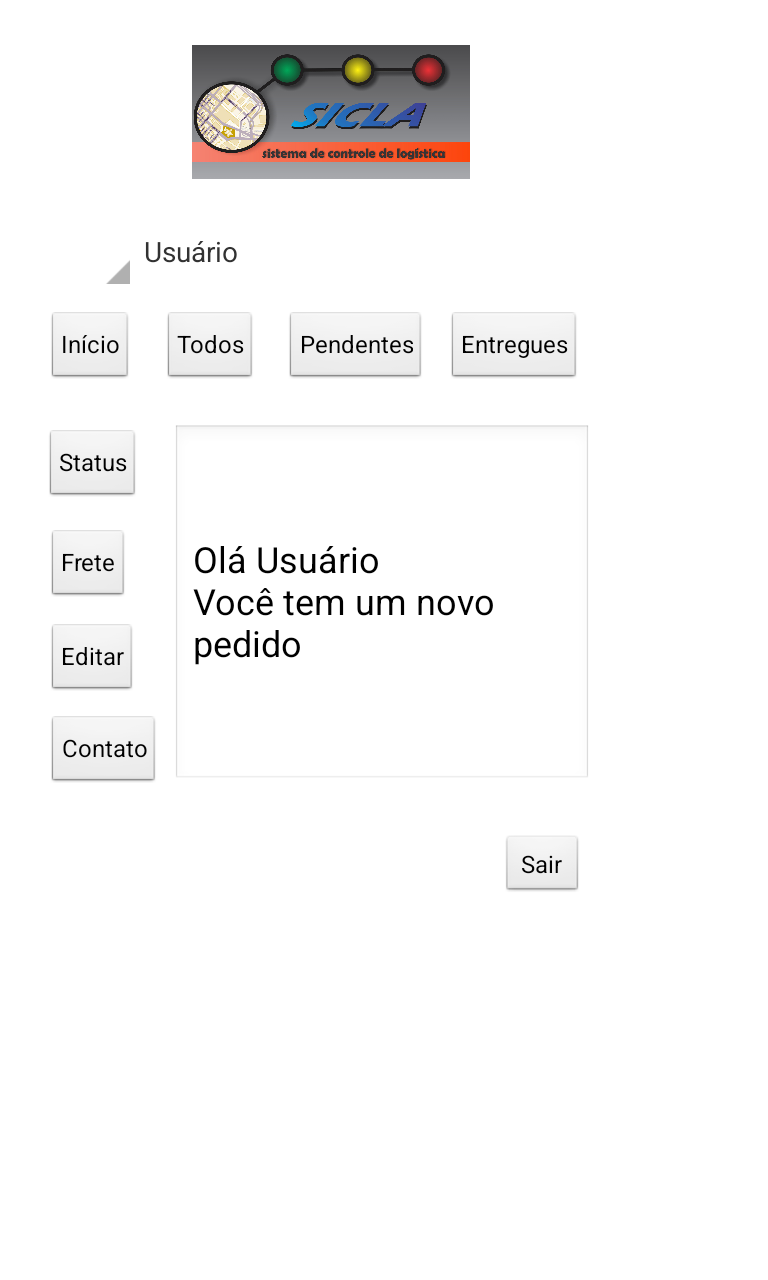
Repository: danielpedroza/SICLA
Layout: Sicla/res/layout/iniciocliente.xml
An editor plug-in stored every save of this project. The layout is shown before and after the next save, followed by the edit.
It is drawn on a 768 x 1280 px phone screen (xhdpi) without system bars, with theme AppTheme; the app's code is not run.

Above is the layout before, as saved 2013-07-06 06:29:11.

After the next save:
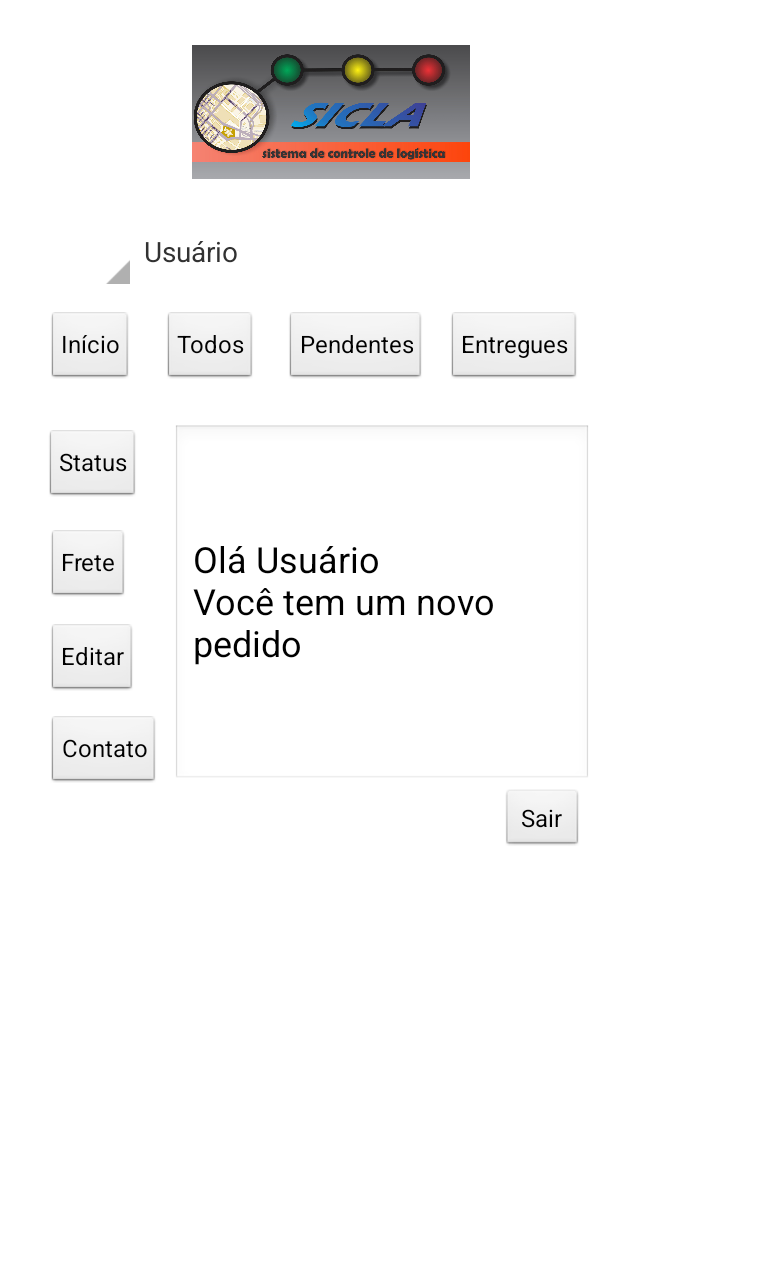
Saved 106 s later.
--- a/Sicla/res/layout/iniciocliente.xml
+++ b/Sicla/res/layout/iniciocliente.xml
@@ -139,7 +139,7 @@
             android:layout_width="wrap_content"
             android:layout_height="33dp"
             android:layout_x="234dp"
-            android:layout_y="401dp"
+            android:layout_y="378dp"
             android:text="Sair"
             android:textSize="12dp" />
 
